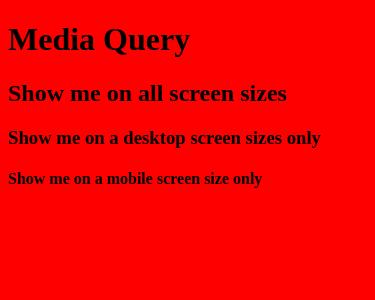
Repository: UnegbuAbigail/3-columns-cards
Page: mediaquery.html
The author's editor kept a copy of each file at every save. The page is drawn from the files as they stood at one save, then again after the next save.
The browser window is 375 px wide. The pictures show the whole page.

Above is the page before, as saved 2024-08-03 15:23:29.

### mediaquery.html
<!DOCTYPE html>
<html lang="en">
<head>
    <meta charset="UTF-8">
    <meta name="viewport" content="width=device-width, initial-scale=1.0">
    <title>mediaquery.html</title>
    <link rel="stylesheet" href="mediaquery.css">
</head>
<body>
    <main>
        <h1>Media Query</h1>
        <h2>Show me on all screen sizes</h2>
        <h3>Show me on a desktop screen sizes only</h3>
        <h4>Show me on a mobile screen size only</h4>
    </main>
</body>
</html>

### mediaquery.css
body{
    background-color: red;
}



/* max-width */
/* @media(max-width:768px){
body{
    background-color: pink;
}
}
@media(max-width:425px){
body{
    background-color: blue;
}
}
@media(max-width:375px){
body{
    background-color: purple;
}
} */
/* min-width */
/* @media(min-width:425px){
body{
    background-color: green;
}
}
@media(min-width:768px){
body{
    background-color: blue;
}
}
@media(min-width:1024px){
body{
    background-color: purple;
}
} */

After the next save:
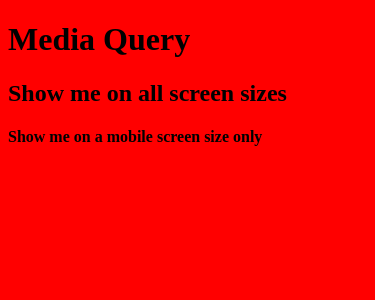
Saved 10 min 57 s later.
--- a/mediaquery.css
+++ b/mediaquery.css
@@ -36,3 +36,27 @@
     background-color: purple;
 }
 } */
+
+
+*/
+
+h4{
+    display: none;
+}
+
+section{
+    display: flex;
+    justify-content: space-between;
+}
+
+@media(max-width:428px){
+h3{
+    display: none;
+    /* visibility: hidden; */
+}
+h4{
+    display: block;
+}
+section{
+    flex-direction: column;
+}
